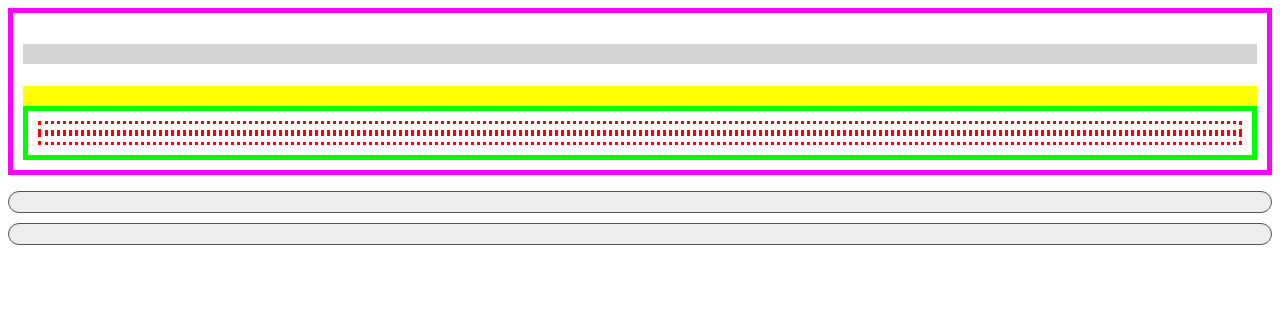
Repository: rwanda95do/bitcamp
Page: jQuery/src/main/webapp/01_helloJQuery/exam05.html
The author's editor kept a copy of each file at every save. The page is drawn from the files as they stood at one save, then again after the next save.
The browser window is 1280 px wide. The pictures show the whole page.

Above is the page before, as saved 2024-08-22 05:10:25.

### jQuery/src/main/webapp/01_helloJQuery/exam05.html
<!-- 가장 많이 쓰는 형식 -->

<!DOCTYPE html>
<html>
<head>
<meta charset="UTF-8">
<title>Insert title here</title>
<style type="text/css">
		div#container {
            width: auto;
            border: 5px solid #ff00ff;
            padding: 10px;
        }
        div#container > h1#title {
            background-color: #d5d5d5;
            padding: 10px;
        }
        div#container div.box {
            padding: 10px;
            background-color: #ffff00;
            font: 20px '굴림';
        }
        div#container > ul {
            list-style: none;
            padding: 10px;
            margin: 0px;
            width: auto;
            border: 5px solid #00ff00;
        }
        /* div#container > ul > li:first-child, div#container > ul > li:last-child { */
        div#container  li:first-child, div#container  li:last-child {
            border: 3px dotted red;
            padding: 3px 10px;
        }
        pre {
            font: 14px/130% 'Courier New';
            background: #eee;
            padding: 10px 20px;
            margin: 10px auto;
            border: 1px solid #555;
            border-radius: 20px;
        }
</style>

<script type="text/javascript" src="http://code.jquery.com/jquery-3.7.1.min.js"></script>
<script type="text/javascript">
</script>

</head>
<body>
	<div id="container">
		<h1 id="title"></h1>
		<div class="box"></div>
		<ul>
			<li></li>
			<li></li>
			<li></li>
			<li></li>
			<li></li>
		</ul>
	</div>
	<p></p>
	<pre></pre>
	<pre name='source'></pre>


</body>
</html>

After the next save:
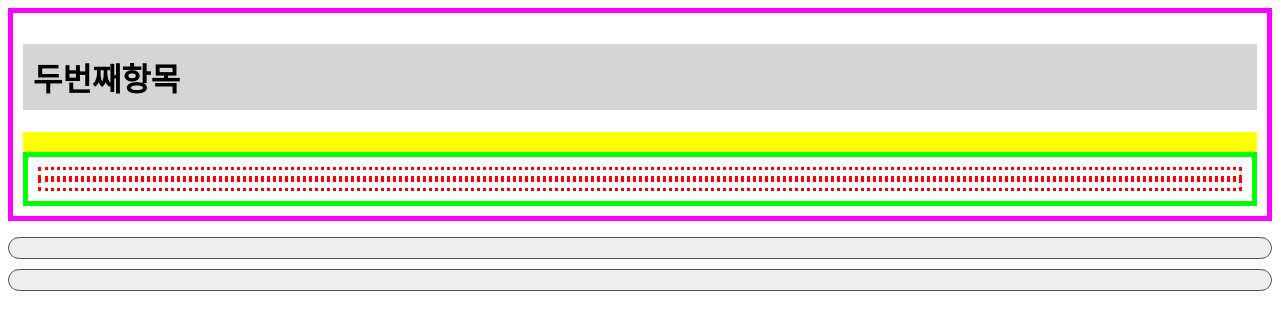
Saved 3 min 4 s later.
--- a/jQuery/src/main/webapp/01_helloJQuery/exam05.html
+++ b/jQuery/src/main/webapp/01_helloJQuery/exam05.html
@@ -42,9 +42,6 @@
         }
 </style>
 
-<script type="text/javascript" src="http://code.jquery.com/jquery-3.7.1.min.js"></script>
-<script type="text/javascript">
-</script>
 
 </head>
 <body>
@@ -62,7 +59,24 @@
 	<p></p>
 	<pre></pre>
 	<pre name='source'></pre>
+</body>
+</html>
 
 
-</body>
-</html>
+
+<script type="text/javascript" src="http://code.jquery.com/jquery-3.7.1.min.js"></script>
+<script type="text/javascript">
+$(function () {
+	$('#title').text('두번째항목')
+});
+</script>
+
+
+<!--
+CSS 셀렉터
+jQuery에서 제어할 대상에 접근하는 방법
+jQuery는 제어할 요소를 획득하기 위해서 $() 함수안에 대상을 의미하는 CSS 셀렉터를 파라미터로 전달한다.
+예) var mytag = $("h1");      // h1 태그 객체 획득하기
+예) var mytag = $(".hello");   // "hello" 라는 class 속성값을 갖는 요소의 객체 획득하기
+예) var mytag = $("#hello");   // "hello" 라는 id 속성값을 갖는 요소의 객체 획득하기
+ -->
